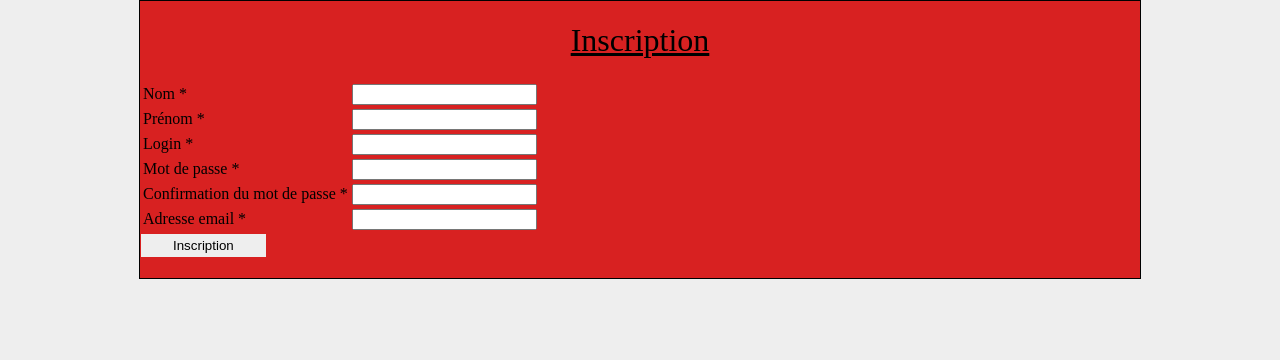
Repository: denisceulemans/GitRep
Page: http://localhost/Recette/Inscription
These files come from the project's save history. The page is drawn as it stood at one moment and after the next save; the edit follows.
The browser window is 1280 px wide. The pictures show the whole page.
The page is served by Tomcat 9.

Above is the page before, as saved 2017-08-17 20:35:24.

After the next save:
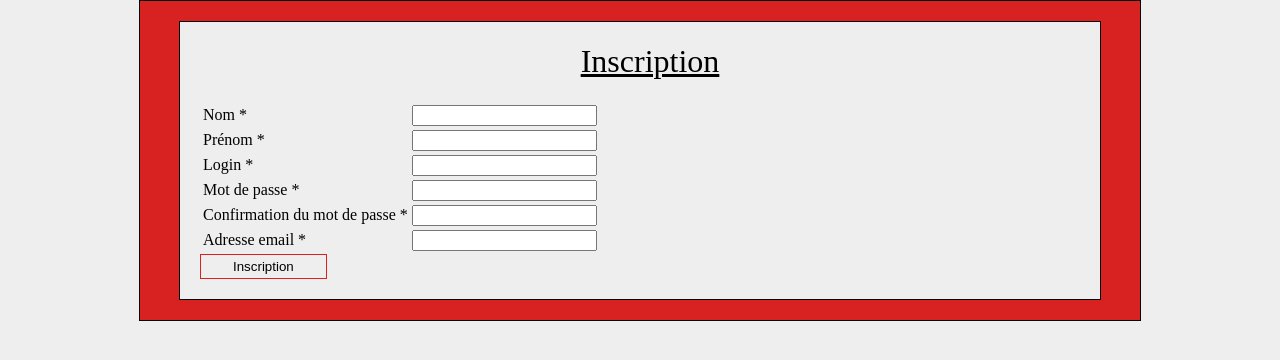
Saved 24 s later.
--- a/ProjetJEE/Recette/WebContent/VIEW/jsp/inscription.jsp
+++ b/ProjetJEE/Recette/WebContent/VIEW/jsp/inscription.jsp
@@ -10,7 +10,7 @@
     </head>
     <body>
     <div class="page">
-    	<div class="info">
+    	<div class="inscription">
         <form method="post" action="Inscription">
                 <h1>Inscription</h1>
 				<table>
